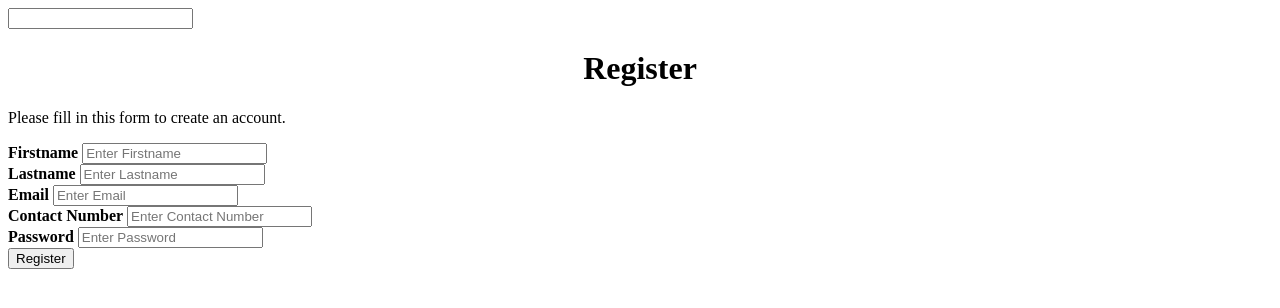
Repository: anmolvid/ServletProject
Page: LoginRegistrationApp/WebContent/Registration.html
These files come from the project's save history. The page is drawn as it stood at one moment and after the next save; the edit follows.
The browser window is 1280 px wide. The pictures show the whole page.

Above is the page before, as saved 2019-01-22 11:22:34.

### LoginRegistrationApp/WebContent/Registration.html
<!DOCTYPE html>
<html>
<head>
<meta charset="UTF-8">
<title>Register</title>
</head>
<body>




<form method="post", action="login">
  <input align="middle">
    <h1><center>Register</center></h1>
    <p>Please fill in this form to create an account.</p>


    <div>
    <ce><label for="firstname"><b>Firstname</b></label>
    <input type="text" placeholder="Enter Firstname" name="firstname" >
    </div>

    <label for="lastname"><b>Lastname</b></label>
    <input type="text" placeholder="Enter Lastname" name="lastname" >

    <div>

    <label for="email"><b>Email</b></label>
    <input type="text" placeholder="Enter Email" name="email" >

   </div>

    <label for="contactno"><b>Contact Number</b></label>
    <input type="text" placeholder="Enter Contact Number" name="email" >

    <div>

    <label for="psw"><b>Password</b></label>
    <input type="password" placeholder="Enter Password" name="psw" >
</div>

   </div>


    <button type="submit" class="registerbtn">Register</button>


  <div class="container signin">

  </div>
</form>

After the next save:
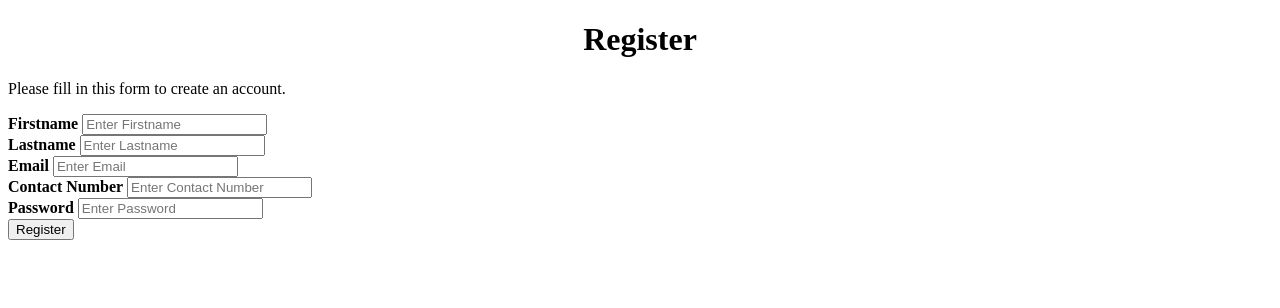
Saved 39 s later.
--- a/LoginRegistrationApp/WebContent/Registration.html
+++ b/LoginRegistrationApp/WebContent/Registration.html
@@ -10,7 +10,7 @@
 
 
 <form method="post", action="login">
-  <input align="middle">
+
     <h1><center>Register</center></h1>
     <p>Please fill in this form to create an account.</p>
 
